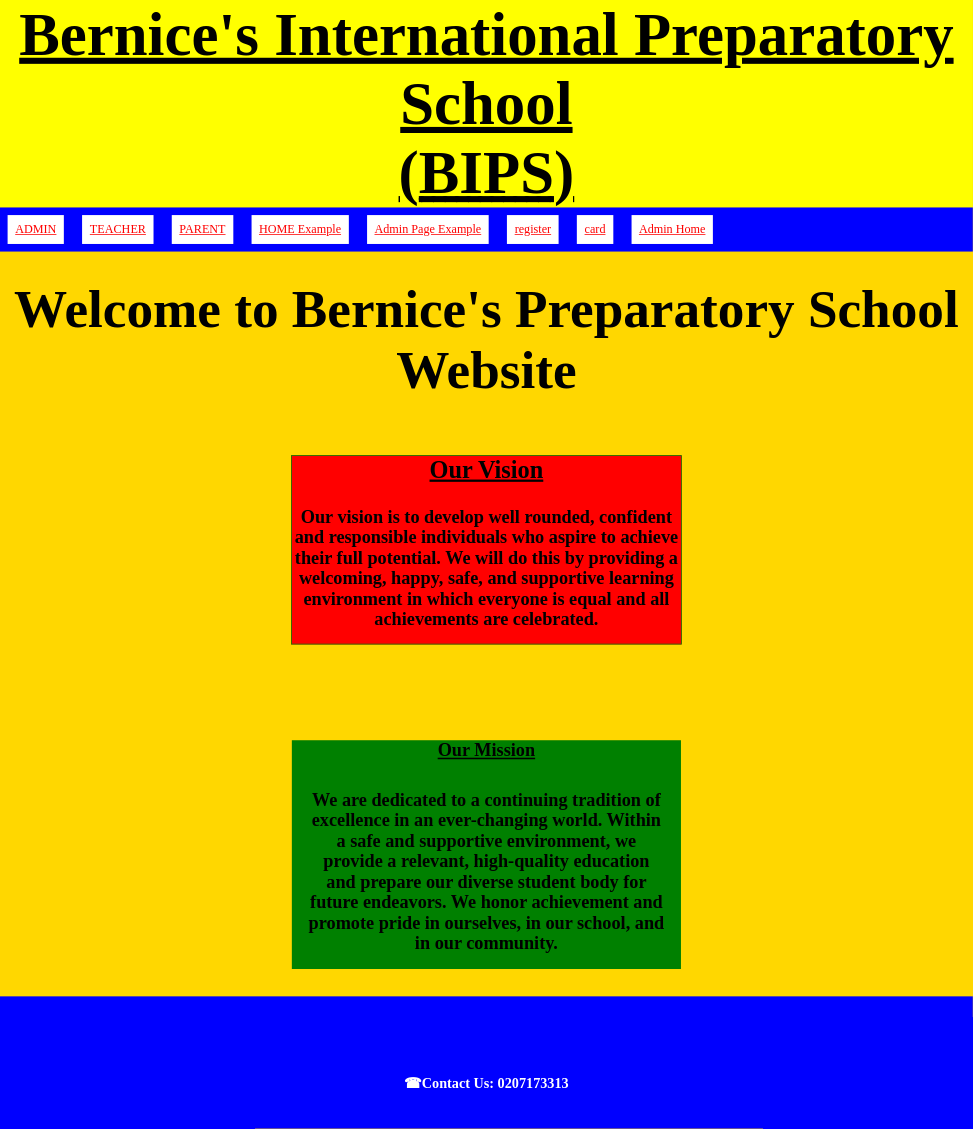
Repository: joseackah/eclipse-workspace
Page: http://localhost/com.school.mgt.system.Front.End/WEB-INF/views/index.jsp
An editor plug-in stored every save of this project. The page is shown before and after the next save, followed by the edit.
The browser window is 1280 px wide. The pictures show the whole page, at 76% of full size.
The page is served by Tomcat 9. Nobody is signed in. The template is opened directly, without the code that normally fills it, so the values that code supplies are empty.

Above is the page before, as saved 2021-08-16 12:20:01.

After the next save:
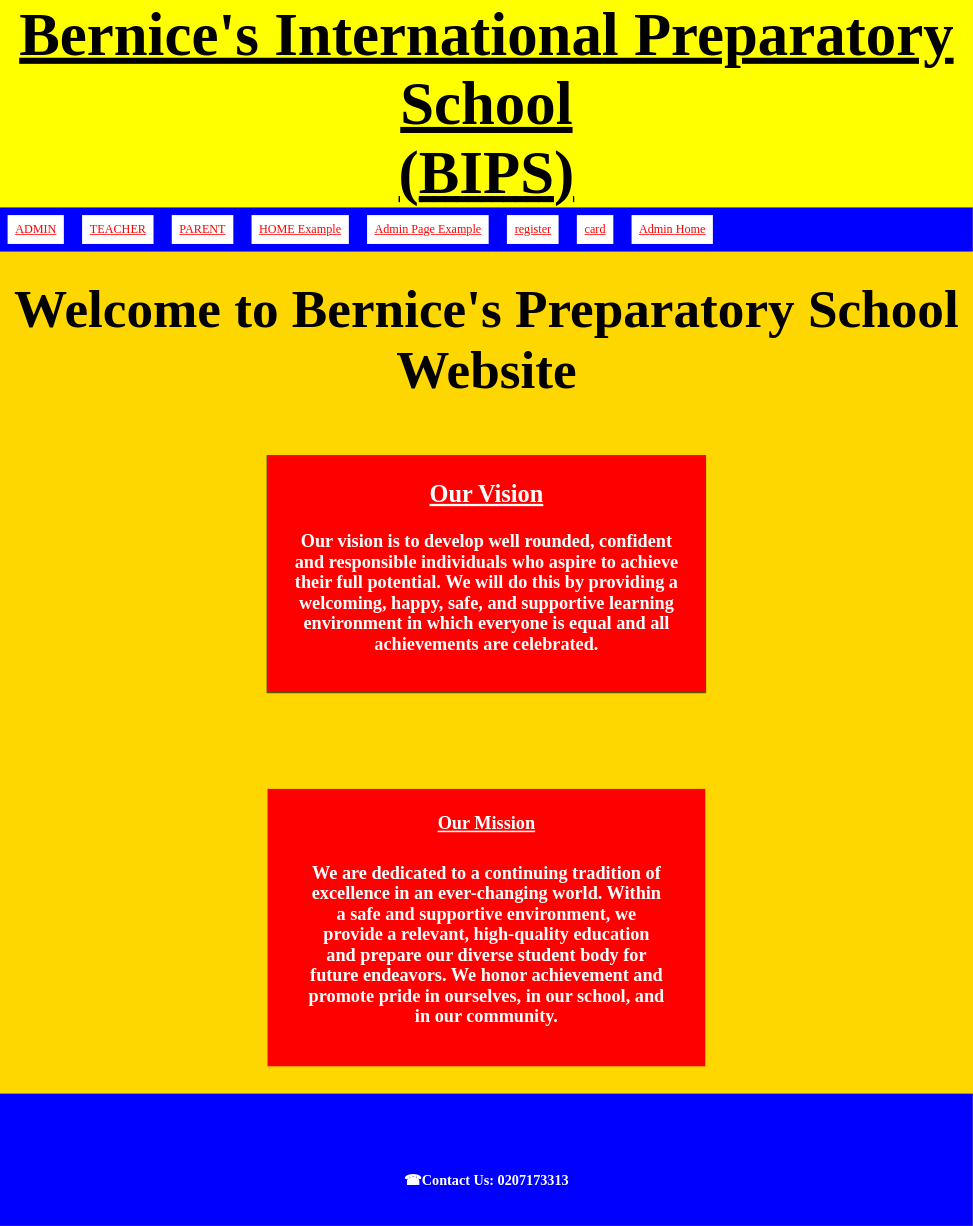
Saved 45 s later.
--- a/com.school.mgt.system.Front.End/src/main/webapp/WEB-INF/views/index.jsp
+++ b/com.school.mgt.system.Front.End/src/main/webapp/WEB-INF/views/index.jsp
@@ -16,7 +16,7 @@ background-color: green;
 transition: 5s;
 color: red;
 }
-.article{
+.card{
 padding: 2em;
 color: white;
 animation: mymove 5s infinite;
